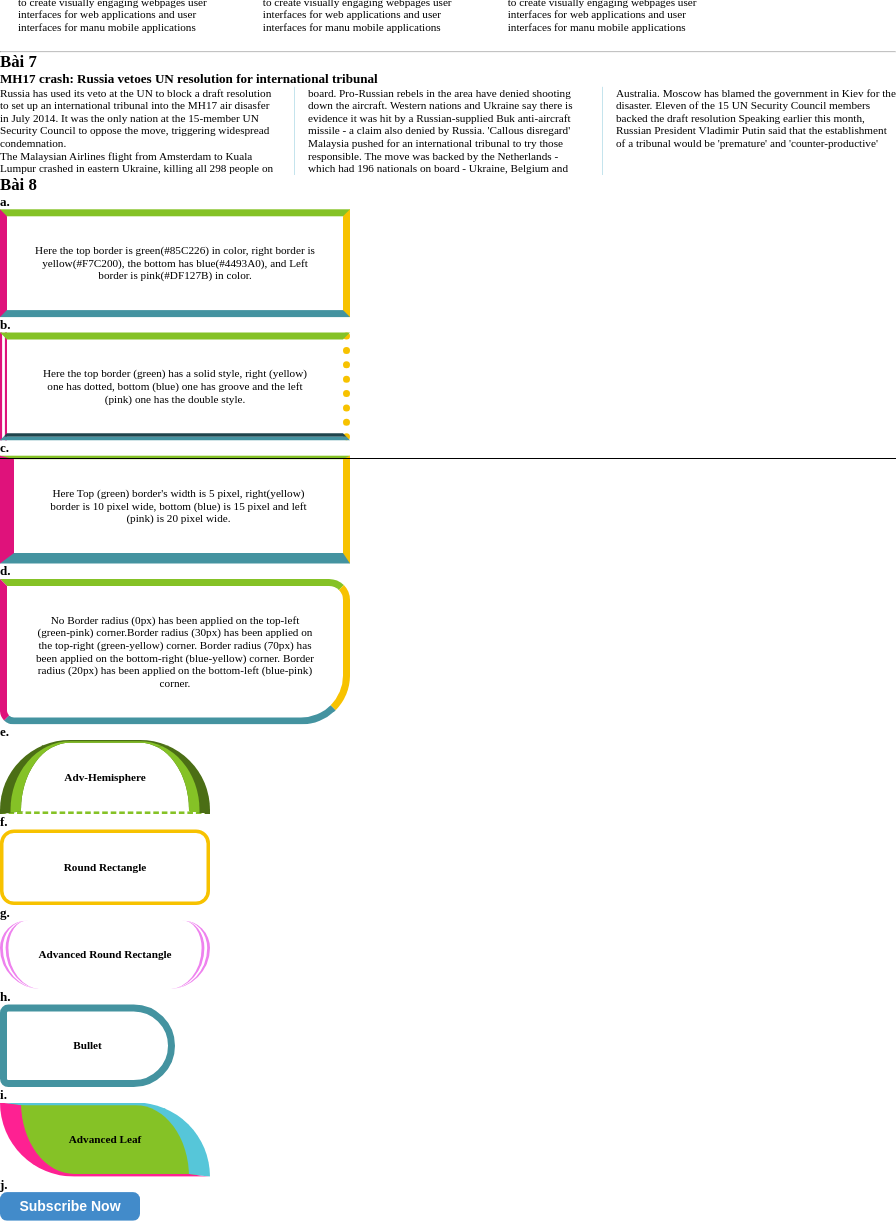
Repository: hoangnguyen1903/STT_21084321_NguyenHuyHoang_DHKHMT17B
Page: html/index.html
The author's editor kept a copy of each file at every save. The page is drawn from the files as they stood at one save, then again after the next save.
The browser window is 1280 px wide. The pictures show the part of the page from y = 2250 to 4170 px (the page is 3994 px tall before and 4481 px after), at 70% of full size.

Above is the page before, as saved 2023-03-03 15:10:18.

### html/index.html
<!DOCTYPE html>
<html lang="en">
  <head>
    <meta charset="UTF-8" />
    <meta http-equiv="X-UA-Compatible" content="IE=edge" />
    <meta name="viewport" content="width=device-width, initial-scale=1.0" />
    <title>CSS</title>

    <style>
      * {
        box-sizing: border-box;
        padding: 0;
        margin: 0;
      }
      #bai4 > table {
        font-family: "Trebuchet MS, Arial, Helvetica, sans-serif";
        margin: 0 auto;
      }

      #bai4 > h3 {
        color: #993738;
        text-align: center;
      }

      #bai4 > table > thead {
        color: #fff;
        background-color: #993738;
        text-align: left;
      }

      #bai4 > table > tbody > tr:nth-child(odd) {
        color: black;
        background-color: #ccc;
        text-align: left;
      }
      #bai4 > table > tbody > tr:nth-child(even) {
        color: black;
        text-align: left;
      }

      #bai4 > table > thead > tr > th,
      #bai4 > table > tbody > tr > td {
        border: 1px solid #993738;
        padding: 5px 10px;
      }

      #bai5 {
        width: 100%;
        height: 500px;
        background-image: url("../img/bg-1.jpg"), url("../img//bg-2.jpg");
        background-position: right bottom, left top;
        background-repeat: no-repeat, repeat;
      }

      #bai6,
      .row {
        width: 100%;
      }

      #bai6 > .row::before,
      #bai6 > .row::after {
        display: table;
        content: "";
      }

      #bai6 > .row::after {
        clear: both;
      }

      #bai6 > .row > .col1,
      #bai6 > .row > .col2,
      #bai6 > .row > .col3 {
        float: left;
        width: 25.3333%;
        margin: 1%;
        padding: 1%;
      }

      #bai7 > .newspaper {
        -webkit-column-count: 3;
        -moz-column-count: 3;
        column-count: 3;
        -webkit-column-gap: 40px;
        -moz-column-gap: 40px;
        column-gap: 40px;
        -webkit-column-rule-style: solid;
        -moz-column-rule-style: solid;
        column-rule-style: solid;
        -webkit-column-rule-width: 1px;
        -moz-column-rule-width: 1px;
        column-rule-width: 1px;
        -webkit-column-rule-color: lightblue;
        -moz-column-rule-color: lightblue;
        column-rule-color: lightblue;
      }

      #bai8 > .bai8a {
        width: 500px;
        padding: 40px;
        text-align: center;
        border-width: 10px;
        border-style: solid;
        border-color: #85c226 #f7c200 #4493a0 #df127b;
      }

      #bai8 > .bai8b {
        width: 500px;
        padding: 40px;
        text-align: center;
        border-width: 10px;
        border-style: solid dotted groove double;
        border-color: #85c226 #f7c200 #4493a0 #df127b;
      }

      #bai8 > .bai8c {
        width: 500px;
        padding: 40px;
        text-align: center;
        border-width: 5px 10px 15px 20px;
        border-style: solid;
        border-color: #85c226 #f7c200 #4493a0 #df127b;
      }

      #bai8 > .bai8d {
        width: 500px;
        padding: 40px;
        text-align: center;
        border-width: 10px;
        border-style: solid;
        border-color: #85c226 #f7c200 #4493a0 #df127b;
        border-radius: 0px 30px 70px 20px;
      }

      #bai8 > .bai8e {
        width: 300px;
        padding: 40px;
        font-weight: bold;
        text-align: center;
        border-width: 4px 30px 4px 30px;
        border-style: groove ridge dashed groove;
        border-color: #85c226;
        border-radius: 100px 100px 0 0;
        -moz-border-radius: 100px 100px 0 0;
        -webkit-border-radius: 100px 100px 0 0;
      }

      #bai8 > .bai8f {
        width: 300px;
        padding: 40px;
        font-weight: bold;
        text-align: center;
        border-color: #f7c200;
        border-width: 5px;
        border-style: solid;
        border-radius: 20px;
        -moz-border-radius: 20px;
        -webkit-border-radius: 20px;
      }

      #bai8 > .bai8g {
        width: 300px;
        padding: 40px;
        font-weight: bold;
        text-align: center;
        border-color: violet;
        border-width: 0px 12px 0px 12px;
        border-style: double;
        border-radius: 40px 40px 60px 60px;
        -moz-border-radius: 40px 40px 60px 60px;
        -webkit-border-radius: 40px 40px 60px 60px;
      }

      #bai8 > .bai8h {
        width: 250px;
        padding: 40px 0;
        font-weight: bold;
        text-align: center;
        border-color: #4493a0;
        border-width: 10px;
        border-style: solid;
        border-radius: 20px 100px 100px 20px;
        -moz-border-radius: 20px 100px 100px 20px;
        -webkit-border-radius: 20px 100px 100px 20px;
      }
      #bai8 > .bai8h {
        width: 250px;
        padding: 40px 0;
        font-weight: bold;
        text-align: center;
        border-color: #4493a0;
        border-width: 10px;
        border-style: solid;
        border-radius: 20px 100px 100px 20px;
        -moz-border-radius: 20px 100px 100px 20px;
        -webkit-border-radius: 20px 100px 100px 20px;
      }

      #bai8 > .bai8i {
        width: 300px;
        padding: 40px 0;
        font-weight: bold;
        text-align: center;
        background: #85c226;
        border-width: 4px 30px 4px 30px;
        border-color: #56c6d9 #56c6d9 #fe2192 #fe2192;
        border-style: solid;
        border-radius: 0px 120px 0 120px;
        -moz-border-radius: 0px 120px 0 120px;
        -webkit-border-radius: 0px 120px 0 120px;
      }

      #bai8 > .bai8j > button {
        width: 200px;
        padding: 8px;
        background-color: #428bca;
        border-color: #357ebd;
        color: #ffff;
        -moz-border-radius: 10px;
        -webkit-border-radius: 10px;
        border-radius: 10px;
        text-align: center;
        vertical-align: middle;
        border: 1px solid transparent;
        font-weight: 900;
        font-size: 125%;
      }
    </style>
  </head>
  <body>
    <h2><b>Bài 2</b></h2>
    <div id="bai2">
      <p><i>a)</i></p>
      <div
        id="container"
        style="width: 500px; height: 300px; background-color: gray"
      >
        <h1>A simple div element.</h1>
      </div>
      <p style="text-indent: 1cm; color: red; text-align: justify">
        Thiết lập chế độ độ thụt đầu dòng cho 1 đoạn văn bản. Thuộc tính này có
        thể gán giá trị là tỉ lệ % hoặc một số cụ thể. Thiết lập chế độ độ thụt
        đầu dòng cho 1 đoạn văn bản. Thuộc tính này có thể gán giá trị là tỉ lệ
        % hoặc một số cụ thể.
      </p>
      <p style="text-align: right; color: blue">
        Thuộc tính text-align:right dùng để canh lề phải đoạn văn bản.
      </p>
      <p style="text-align: center; color: green">
        Thuộc tính text-align:center; dùng để canh giữa lề đoạn văn bản.
      </p>
      <p style="text-align: left; color: brown">
        Thuộc tính text-align:left; dùng để canh lề trái đoạn văn bản.
      </p>
      <p style="text-decoration: underline; color: pink">
        Thuộc tính text-decoration: underline; sẽ gạch dưới đoạn văn bản.
      </p>
      <p style="text-decoration: line-through; color: purple">
        Thuộc tính text-decoration: line-through; sẽ gạch ngang đoạn văn bản.
      </p>
      <p style="text-decoration: overline; color: red">
        Thuộc tính text-decoration: overline; sẽ gạch trên đoạn văn bản.
      </p>
      <p
        style="
          text-decoration: blink;
          text-align: justify;
          color: blue;
          text-shadow: 4px 4px 8px blue;
        "
      >
        Thuộc tính text-decoration: blink; sẽ tạo hiệu ứng blink cho đoạn văn
        bản + thuộc tính text-shadow: 4px 4px 8px blue; tạo bóng cho chữ.
      </p>
      <p><i>b)</i></p>
      <div>
        <span
          style="
            color: black;
            font-weight: bold;
            text-shadow: 1px -1px 2px rgba(238, 12, 106, 0.986);
          "
          >Colorful Style</span
        >
        <span
          style="
            color: #70085f;
            background: #f1c0db;
            padding: 5px 10px;
            font-weight: bold;
            text-shadow: #eb0bc5 1px 1px 0;
          "
          >Inset Effect</span
        >
        <span style="text-shadow: 0px -5px 0 #eb0bc5; font-weight: bold"
          >Double Font</span
        >
      </div>
      <div style="margin-top: 20px">
        <span
          style="
            color: rgb(175, 175, 48);
            text-shadow: 4px 2px 2px #fff;
            font-weight: bold;
          "
          >Glossy Style</span
        >
        <span
          style="
            color: red;
            background-color: black;
            padding: 5px 10px;
            font-weight: bold;
          "
          >Grunge Style</span
        >
        <span
          style="
            color: rgb(20, 122, 238);
            background-color: rgb(39, 5, 119);
            padding: 5px 10px;
            font-weight: bold;
          "
          >Neon Glow</span
        >
      </div>
      <div
        style="
          color: #fff;
          background-color: #70085f;
          text-align: center;
          padding: 5px 10px;
          margin-top: 20px;
          width: 300px;
        "
      >
        Cool CSS Text Effects
      </div>
    </div>
    <hr />
    <h2><b>Bài 3</b></h2>
    <table>
      <colgroup>
        <col span="6" style="background-color: blue" />
        <col span="6" style="background-color: blue" />
        <col span="2" style="background-color: green" />
        <col span="2" style="background-color: pink" />
        <col span="3" style="background-color: pink" />
      </colgroup>
      <tr style="background-color: #ccc">
        <th colspan="6">Transaction date</th>
        <th colspan="6">Payment type and details</th>
        <th colspan="2">Paid out</th>
        <th colspan="2">Paid in</th>
        <th colspan="3">Balance</th>
      </tr>

      <tr>
        <td colspan="6">12 Jun 09</td>
        <td colspan="6">Amazon.com</td>
        <td colspan="2">$49.99</td>
        <td colspan="2"></td>
        <td colspan="3">$8411.16</td>
      </tr>
      <tr>
        <td colspan="6">13 Jun 09</td>
        <td colspan="6">Total</td>
        <td colspan="2">$60.00</td>
        <td colspan="2"></td>
        <td colspan="3">$8351.16</td>
      </tr>
      <tr>
        <td colspan="6">14 Jun 09</td>
        <td colspan="6">Whole Foods</td>
        <td colspan="2">$75.28</td>
        <td colspan="2"></td>
        <td colspan="3">$8275.88</td>
      </tr>
      <tr>
        <td colspan="6">14 Jun 09</td>
        <td colspan="6">Visa Payment</td>
        <td colspan="2">$350.00</td>
        <td colspan="2"></td>
        <td colspan="3">$7925.88</td>
      </tr>
      <tr>
        <td colspan="6">15 Jun 09</td>
        <td colspan="6">Cheque 122501</td>
        <td colspan="2"></td>
        <td colspan="2">$1450.00</td>
        <td colspan="3">$9375.88</td>
      </tr>
      <tr>
        <td colspan="6">17 Jun 09</td>
        <td colspan="6">Murco</td>
        <td colspan="2">$60.00</td>
        <td colspan="2"></td>
        <td colspan="3">$9315.88</td>
      </tr>
      <tr>
        <td colspan="6">18 Jun 09</td>
        <td colspan="6">Wrox Press</td>
        <td colspan="2"></td>
        <td colspan="2">$1000.00</td>
        <td colspan="3">$10315.88</td>
      </tr>
      <tr>
        <td colspan="6">18 Jun 09</td>
        <td colspan="6">McLellans Bakery</td>
        <td colspan="2">$25.00</td>
        <td colspan="2"></td>
        <td colspan="3">$10290.88</td>
      </tr>
      <tr>
        <td colspan="6">18 Jun 09</td>
        <td colspan="6">Apple Store</td>
        <td colspan="2">$1350.00</td>
        <td colspan="2"></td>
        <td colspan="3">$8940.88</td>
      </tr>

      <tr style="background-color: #ccc">
        <td colspan="6"></td>
        <td colspan="6"></td>
        <td colspan="2">$1970.27</td>
        <td colspan="2">$2450.00</td>
        <td colspan="3">$8940.88</td>
      </tr>
    </table>
    <br />
    <table>
      <tr style="background-color: #ccc">
        <th colspan="6">Transaction date</th>
        <th colspan="6">Payment type and details</th>
        <th colspan="2">Paid out</th>
        <th colspan="2">Paid in</th>
        <th colspan="3">Balance</th>
      </tr>

      <tr>
        <td colspan="6">12 Jun 09</td>
        <td colspan="6">Amazon.com</td>
        <td colspan="2">$49.99</td>
        <td colspan="2"></td>
        <td colspan="3">$8411.16</td>
      </tr>
      <tr>
        <td colspan="6">13 Jun 09</td>
        <td colspan="6">Total</td>
        <td colspan="2">$60.00</td>
        <td colspan="2"></td>
        <td colspan="3">$8351.16</td>
      </tr>
      <tr>
        <td colspan="6">14 Jun 09</td>
        <td colspan="6">Whole Foods</td>
        <td colspan="2">$75.28</td>
        <td colspan="2"></td>
        <td colspan="3">$8275.88</td>
      </tr>
      <tr>
        <td colspan="6">14 Jun 09</td>
        <td colspan="6">Visa Payment</td>
        <td colspan="2">$350.00</td>
        <td colspan="2"></td>
        <td colspan="3">$7925.88</td>
      </tr>
      <tr>
        <td colspan="6">15 Jun 09</td>
        <td colspan="6">Cheque 122501</td>
        <td colspan="2"></td>
        <td colspan="2">$1450.00</td>
        <td colspan="3">$9375.88</td>
      </tr>
      <tr>
        <td colspan="6">17 Jun 09</td>
        <td colspan="6">Murco</td>
        <td colspan="2">$60.00</td>
        <td colspan="2"></td>
        <td colspan="3">$9315.88</td>
      </tr>
      <tr>
        <td colspan="6">18 Jun 09</td>
        <td colspan="6">Wrox Press</td>
        <td colspan="2"></td>
        <td colspan="2">$1000.00</td>
        <td colspan="3">$10315.88</td>
      </tr>
      <tr>
        <td colspan="6">18 Jun 09</td>
        <td colspan="6">McLellans Bakery</td>
        <td colspan="2">$25.00</td>
        <td colspan="2"></td>
        <td colspan="3">$10290.88</td>
      </tr>
      <tr>
        <td colspan="6">18 Jun 09</td>
        <td colspan="6">Apple Store</td>
        <td colspan="2">$1350.00</td>
        <td colspan="2"></td>
        <td colspan="3">$8940.88</td>
      </tr>

      <tr style="background-color: #ccc">
        <td colspan="6"></td>
        <td colspan="6"></td>
        <td colspan="2">$1970.27</td>
        <td colspan="2">$2450.00</td>
        <td colspan="3">$8940.88</td>
      </tr>
    </table>
    <hr />
    <h2><b>Bài 4</b></h2>
    <div id="bai4">
      <h3>Exercise</h3>
      <table>
        <thead>
          <tr>
            <th span="12">Region</th>
            <th span="8">Percentage</th>
          </tr>
        </thead>
        <tbody>
          <tr>
            <td span="12">New England</td>
            <td span="8">12%</td>
          </tr>
          <tr>
            <td span="12">Mid-Alantic</td>
            <td span="8">19%</td>
          </tr>
          <tr>
            <td span="12">Soutd and Puerto Rico</td>
            <td span="8">15%</td>
          </tr>
          <tr>
            <td span="12">Midwest and Plains States</td>
            <td span="8">12%</td>
          </tr>
          <tr>
            <td span="12">Southwest and Mountain</td>
            <td span="8">20%</td>
          </tr>
          <tr>
            <td span="12">West, Alaska, and Hawaii</td>
            <td span="8">20%</td>
          </tr>
          <tr>
            <td span="12">Abroad</td>
            <td span="8">13%</td>
          </tr>
        </tbody>
      </table>
    </div>
    <hr />
    <h2><b>Bài 5</b></h2>
    <div id="bai5"></div>
    <hr />
    <h2><b>Bài 6</b></h2>
    <div id="bai6">
      <div class="row">
        <div class="col1">
          <p>
            Cascading Style Sheets (CSS) is a style sheet language used for
            describing the look and formatting of a document written in a markup
            language. Although most often used to change the style of web pages
            and user interfaces written in HTML and XHTML, the language can be
            applied to any kind of XML document including plain XML SVG and XUL.
          </p>
        </div>
        <div class="col2">
          <p>
            Cascading Style Sheets (CSS) is a style sheet language used for
            describing the look and formatting of a document written in a markup
            language. Although most often used to change the style of web pages
            and user interfaces written in HTML and XHTML, the language can be
            applied to any kind of XML document including plain XML SVG and XUL.
          </p>
        </div>
        <div class="col3">
          <p>
            Cascading Style Sheets (CSS) is a style sheet language used for
            describing the look and formatting of a document written in a markup
            language. Although most often used to change the style of web pages
            and user interfaces written in HTML and XHTML, the language can be
            applied to any kind of XML document including plain XML SVG and XUL.
          </p>
        </div>
      </div>
      <div class="row">
        <div class="col1">
          <p>
            Along with HTML and JavaScript, CSS is a cornerstone technology used
            by most websites to create visually engaging webpages user
            interfaces for web applications and user interfaces for manu mobile
            applications
          </p>
        </div>
        <div class="col2">
          <p>
            Along with HTML and JavaScript, CSS is a cornerstone technology used
            by most websites to create visually engaging webpages user
            interfaces for web applications and user interfaces for manu mobile
            applications
          </p>
        </div>
        <div class="col3">
          <p>
            Along with HTML and JavaScript, CSS is a cornerstone technology used
            by most websites to create visually engaging webpages user
            interfaces for web applications and user interfaces for manu mobile
            applications
          </p>
        </div>
      </div>
    </div>
    <hr />
    <h2><b>Bài 7</b></h2>
    <div id="bai7">
      <h3>
        <b
          >MH17 crash: Russia vetoes UN resolution for international tribunal</b
        >
      </h3>
      <div class="newspaper">
        <p>
          Russia has used its veto at the UN to block a draft resolution to set
          up an international tribunal into the MH17 air disasfer in July 2014.
          It was the only nation at the 15-member UN Security Council to oppose
          the move, triggering widespread condemnation.
        </p>
        <p>
          The Malaysian Airlines flight from Amsterdam to Kuala Lumpur crashed
          in eastern Ukraine, killing all 298 people on board. Pro-Russian
          rebels in the area have denied shooting down the aircraft. Western
          nations and Ukraine say there is evidence it was hit by a
          Russian-supplied Buk anti-aircraft missile - a claim also denied by
          Russia. 'Callous disregard'
        </p>
        <p>
          Malaysia pushed for an international tribunal to try those
          responsible. The move was backed by the Netherlands - which had 196
          nationals on board - Ukraine, Belgium and Australia. Moscow has blamed
          the government in Kiev for the disaster. Eleven of the 15 UN Security
          Council members backed the draft resolution Speaking earlier this
          month, Russian President Vladimir Putin said that the establishment of
          a tribunal would be 'premature' and 'counter-productive'
        </p>
      </div>
    </div>
    <h2><b>Bài 8</b></h2>
    <div id="bai8">
      <h3><b>a.</b></h3>
      <div class="bai8a">
        Here the top border is green(#85C226) in color, right border is
        yellow(#F7C200), the bottom has blue(#4493A0), and Left border is
        pink(#DF127B) in color.
      </div>
      <h3><b>b.</b></h3>
      <div class="bai8b">
        Here the top border (green) has a solid style, right (yellow) one has
        dotted, bottom (blue) one has groove and the left (pink) one has the
        double style.
      </div>
      <h3><b>c.</b></h3>
      <div class="bai8c">
        Here Top (green) border's width is 5 pixel, right(yellow) border is 10
        pixel wide, bottom (blue) is 15 pixel and left (pink) is 20 pixel wide.
      </div>
      <h3><b>d.</b></h3>
      <div class="bai8d">
        No Border radius (0px) has been applied on the top-left (green-pink)
        corner.Border radius (30px) has been applied on the top-right
        (green-yellow) corner. Border radius (70px) has been applied on the
        bottom-right (blue-yellow) corner. Border radius (20px) has been applied
        on the bottom-left (blue-pink) corner.
      </div>
      <h3><b>e.</b></h3>
      <div class="bai8e">Adv-Hemisphere</div>
      <h3><b>f.</b></h3>
      <div class="bai8f">Round Rectangle</div>
      <h3><b>g.</b></h3>
      <div class="bai8g">Advanced Round Rectangle</div>
      <h3><b>h.</b></h3>
      <div class="bai8h">Bullet</div>
      <h3><b>i.</b></h3>
      <div class="bai8i">Advanced Leaf</div>
      <h3><b>j.</b></h3>
      <div class="bai8j">
        <button>Subscribe Now</button>
      </div>
    </div>
  </body>
</html>

After the next save:
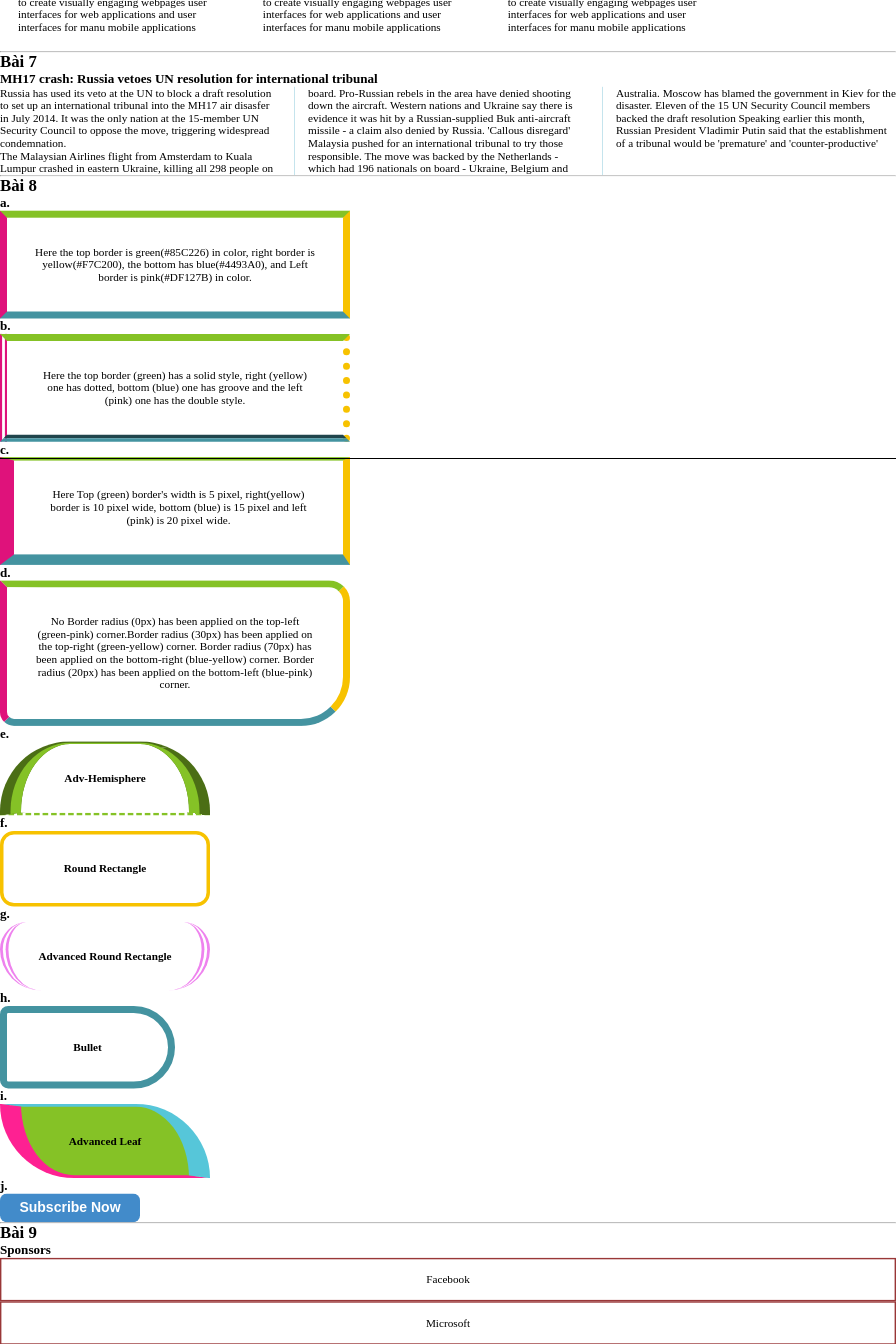
Saved 8 min 33 s later.
--- a/html/index.html
+++ b/html/index.html
@@ -223,6 +223,12 @@
         border: 1px solid transparent;
         font-weight: 900;
         font-size: 125%;
+      }
+
+      #bai9 > ul > li {
+        text-align: center;
+        padding: 20px 40px;
+        border: 2px solid #993738;
       }
     </style>
   </head>
@@ -647,6 +653,7 @@
         </p>
       </div>
     </div>
+    <hr />
     <h2><b>Bài 8</b></h2>
     <div id="bai8">
       <h3><b>a.</b></h3>
@@ -689,5 +696,19 @@
         <button>Subscribe Now</button>
       </div>
     </div>
+    <hr />
+    <h2><b>Bài 9</b></h2>
+    <div id="bai9">
+      <h3><b>Sponsors</b></h3>
+      <ul>
+        <li>Facebook</li>
+        <li>Microsoft</li>
+        <li>Nextjump</li>
+        <li>OOYALA</li>
+        <li>Palantir</li>
+        <li>Quora</li>
+        <li>tripadvisor</li>
+      </ul>
+    </div>
   </body>
 </html>
